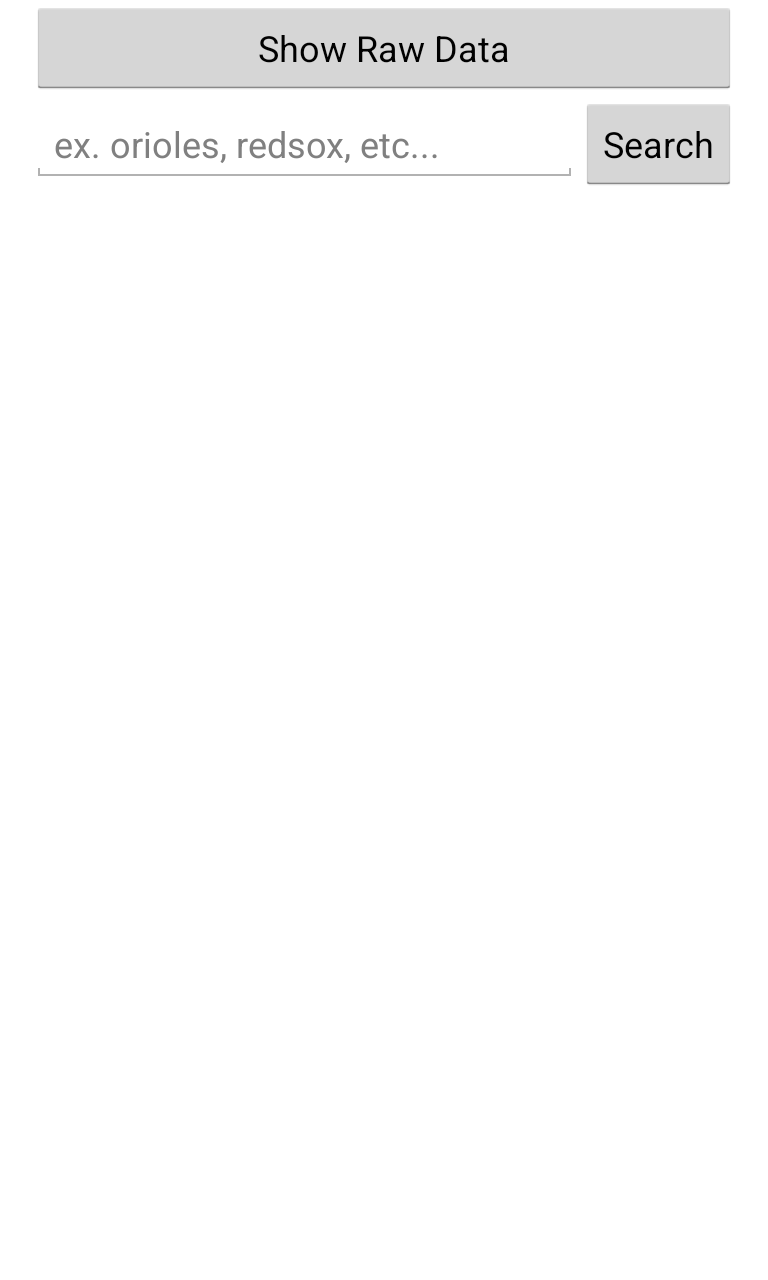
Repository: jemcphe/java1
Layout: teamG.M./TeamGM/res/layout/applayout.xml
These files come from the project's save history. The layout is drawn as it stood at one moment and after the next save; the edit follows.
It is drawn on a 768 x 1280 px phone screen (xhdpi) without system bars, with theme AppTheme; the app's code is not run.

Above is the layout before, as saved 2013-05-27 00:05:14.

### teamG.M./TeamGM/res/layout/applayout.xml
<?xml version="1.0" encoding="utf-8"?>
<LinearLayout xmlns:android="http://schemas.android.com/apk/res/android"
    android:layout_width="fill_parent"
    android:layout_height="fill_parent"
    android:paddingLeft="15dp"
    android:paddingRight="15dp"
    android:orientation="vertical" >

    <Button
        android:id="@+id/dataButton"
        android:layout_width="match_parent"
        android:layout_height="wrap_content"
        android:text="@string/show_raw_data" />

    <LinearLayout
        android:id="@+id/searchLayout"
        android:layout_width="fill_parent"
        android:layout_height="wrap_content"
        android:orientation="horizontal" >

        <EditText
            android:id="@+id/searchField"
            android:layout_width="wrap_content"
            android:layout_height="wrap_content"
            android:layout_weight="1"
            android:hint="ex. orioles, redsox, etc..." />

        <Button
            android:id="@+id/searchButton"
            android:layout_width="wrap_content"
            android:layout_height="wrap_content"
            android:text="@string/search" />
    </LinearLayout>

</LinearLayout>

### teamG.M./TeamGM/res/values/strings.xml
<?xml version="1.0" encoding="utf-8"?>
<resources>

    <string name="app_name">Team GM</string>
    <string name="action_settings">Settings</string>
    <string name="hello_world">Hello world!</string>
    <string name="show_raw_data">Show Raw Data</string>
    <string name="search_for_a_team_to_display_and_store_data">Search For A Team To Display And Store Data</string>
    <string name="search_hint">ex. orioles, redsox, etc...</string>
    <string name="go">GO</string>
    <string name="search">Search</string>

</resources>

Loaded but not shown: teamG.M./TeamGM/res/values/styles.xml (common file); teamG.M./TeamGM/res/values-v11/styles.xml (common file); teamG.M./TeamGM/res/values-v14/styles.xml (common file)

After the next save:
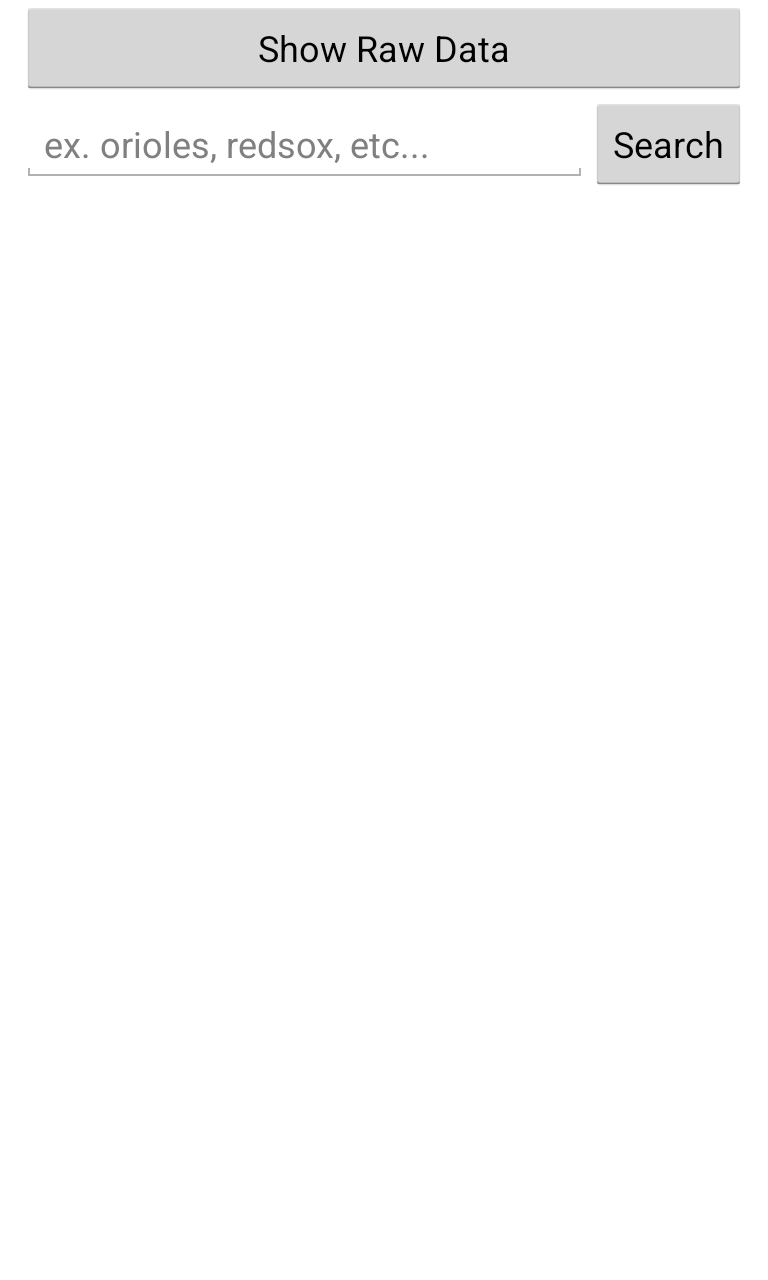
Saved 18 s later.
--- a/teamG.M./TeamGM/res/layout/applayout.xml
+++ b/teamG.M./TeamGM/res/layout/applayout.xml
@@ -2,8 +2,8 @@
 <LinearLayout xmlns:android="http://schemas.android.com/apk/res/android"
     android:layout_width="fill_parent"
     android:layout_height="fill_parent"
-    android:paddingLeft="15dp"
-    android:paddingRight="15dp"
+    android:paddingLeft="10dp"
+    android:paddingRight="10dp"
     android:orientation="vertical" >
 
     <Button
